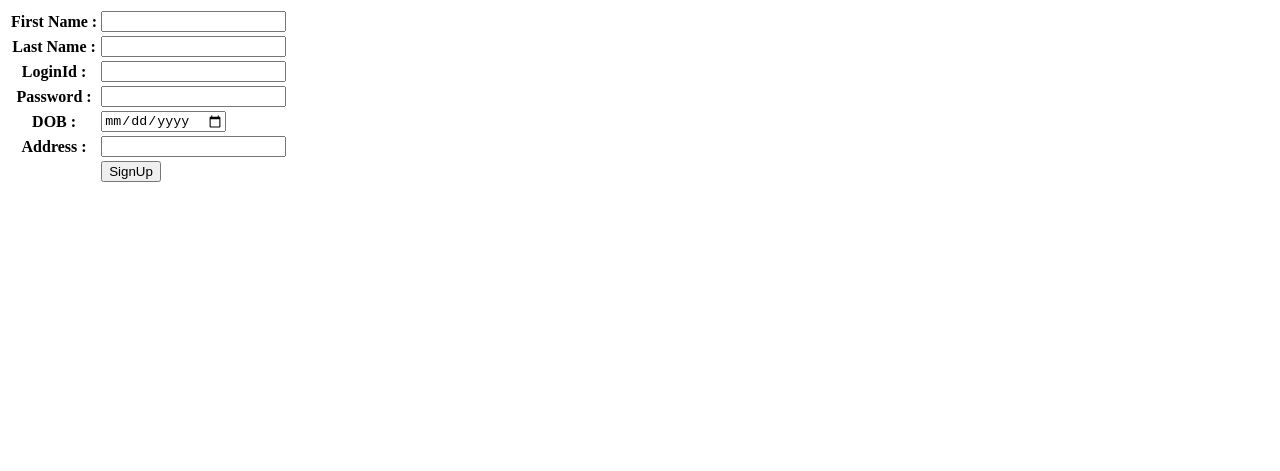
Repository: vikash9562/AdvanceJava
Page: http://localhost/DynamicProject/UserRegistration.jsp
An editor plug-in stored every save of this project. The page is shown before and after the next save, followed by the edit.
The browser window is 1280 px wide. The pictures show the whole page.
The page is served by Tomcat 9. Other server files are loaded and not shown.

Above is the page before, as saved 2023-08-16 09:56:27.

### advance java/DynamicProject/WebContent/UserRegistration.jsp
<%@ page language="java" contentType="text/html; charset=ISO-8859-1"
	pageEncoding="ISO-8859-1"%>
<!DOCTYPE html>
<html>
<head>
<meta charset="ISO-8859-1">
<title>Insert title here</title>
</head>
<body>
	<form action="Welcome.jsp" method="post">
		<table>
			<tr>
				<th>First Name :</th>
				<td><input type="text" name="firstName"></td>
			</tr>
			<tr>
				<th>Last Name :</th>
				<td><input type="text" name="lastName"></td>
			</tr>
			<tr>
				<th>LoginId :</th>
				<td><input type="text" name="loginId"></td>
			</tr>
			<tr>
				<th>Password :</th>
				<td><input type="password" name="password"></td>
			</tr>
			<tr>
				<th>DOB :</th>
				<td><input type="date" name="dob"></td>
			</tr>
			<tr>
				<th>Address :</th>
				<td><input type="text" name="address"></td>
			</tr>
			<tr>
				<th></th>
				<td><input type="submit" value="SignUp"></td>
			</tr>
		</table>
	</form>
</body>
</html>

After the next save:
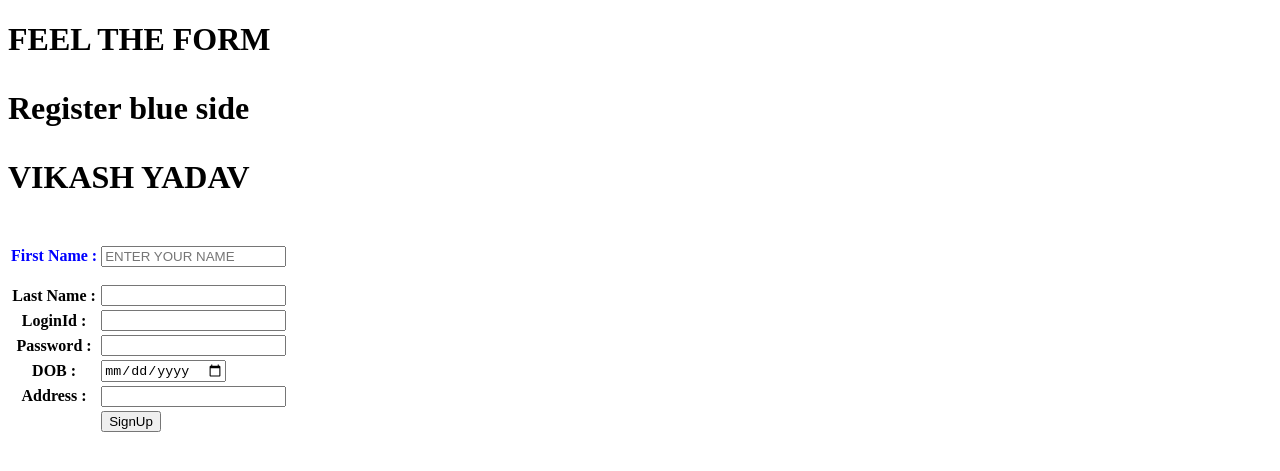
Saved 44 min 52 s later.
--- a/advance java/DynamicProject/WebContent/UserRegistration.jsp
+++ b/advance java/DynamicProject/WebContent/UserRegistration.jsp
@@ -9,9 +9,14 @@
 <body>
 	<form action="Welcome.jsp" method="post">
 		<table>
+				<h1>
+					<div style="bacground-color: Lightblue:">FEEL THE FORM</div>
+					<p style="color: red:">Register blue side</p>
+					<pstyle="color: #008000;"> VIKASH YADAV</p>
+					</h1>
 			<tr>
-				<th>First Name :</th>
-				<td><input type="text" name="firstName"></td>
+				<th><p style="color: BLUE">First Name :</p></th>
+				<td><input type="text" placeholder = "ENTER YOUR NAME" name="firstName"></td>
 			</tr>
 			<tr>
 				<th>Last Name :</th>
